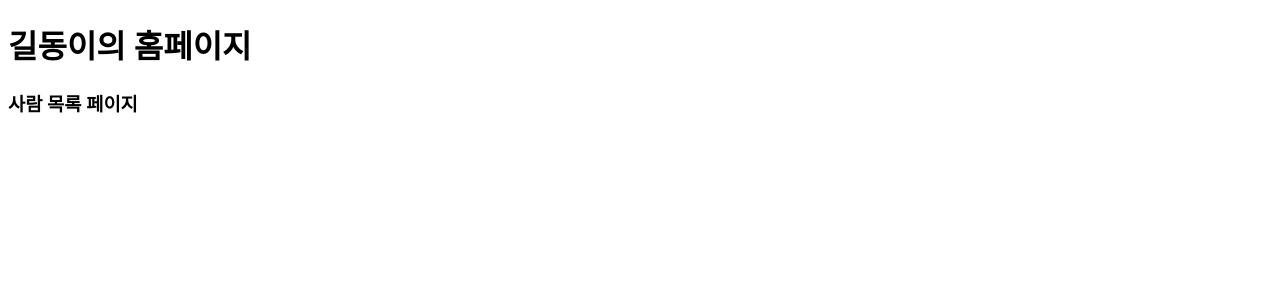
Repository: kkw2758/Front-end
Page: http://localhost/jsp_suvlet_ex02/saram/list.do
The author's editor kept a copy of each file at every save. The page is drawn from the files as they stood at one save, then again after the next save.
The browser window is 1280 px wide. The pictures show the whole page.
The page is served by Tomcat 9.

Above is the page before, as saved 2023-02-27 05:49:40.

After the next save:
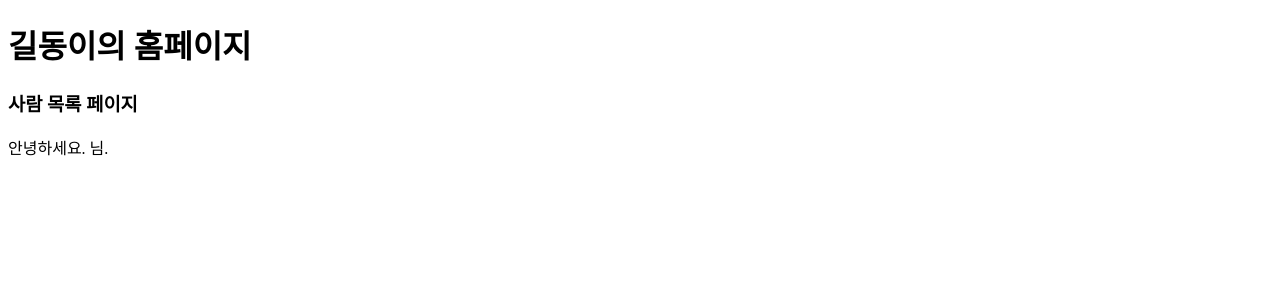
Saved 32 min 5 s later.
--- a/backend_work/JAVA/day02/jsp_suvlet_ex02/webapp/WEB-INF/views/saram/list.jsp
+++ b/backend_work/JAVA/day02/jsp_suvlet_ex02/webapp/WEB-INF/views/saram/list.jsp
@@ -9,5 +9,6 @@
 <body>
   <h1>길동이의 홈페이지</h1>
   <h3>사람 목록 페이지</h3>
+  <p>안녕하세요. ${username}님.</p>
 </body>
 </html>
